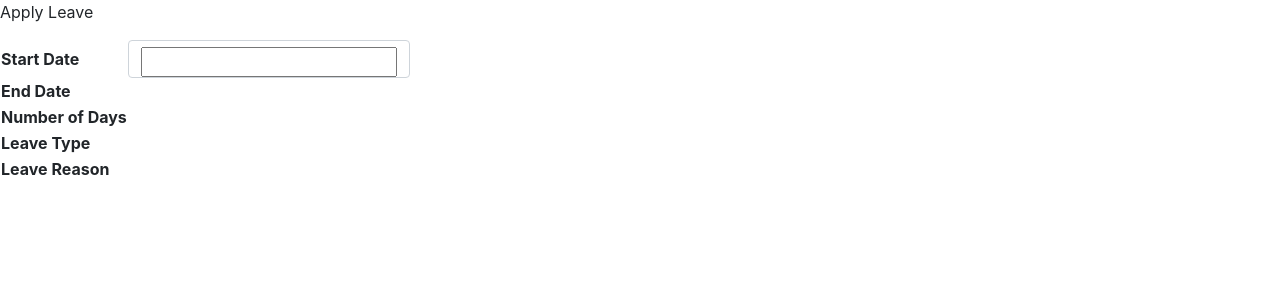
Repository: rkmr039/EMS_PROJECT
Page: http://localhost/EMS/ApplyLeaves.jsp
These files come from the project's save history. The page is drawn as it stood at one moment and after the next save; the edit follows.
The browser window is 1280 px wide. The pictures show the whole page.
The page is served by Tomcat 9. Other server files are loaded and not shown.

Above is the page before, as saved 2019-08-27 06:14:34.
Console error: TypeError: Cannot read properties of undefined (reading 'fn')

### EMS/WebContent/ApplyLeaves.jsp
<%@ page language="java" contentType="text/html; charset=ISO-8859-1"
    pageEncoding="ISO-8859-1"%>
<!DOCTYPE html PUBLIC "-//W3C//DTD HTML 4.01 Transitional//EN" "http://www.w3.org/TR/html4/loose.dtd">
<html>
<head>
<link rel="stylesheet" href="https://stackpath.bootstrapcdn.com/bootstrap/4.3.1/css/bootstrap.min.css" integrity="sha384-ggOyR0iXCbMQv3Xipma34MD+dH/1fQ784/j6cY/iJTQUOhcWr7x9JvoRxT2MZw1T" crossorigin="anonymous">
<script src="https://stackpath.bootstrapcdn.com/bootstrap/4.3.1/js/bootstrap.min.js" integrity="sha384-JjSmVgyd0p3pXB1rRibZUAYoIIy6OrQ6VrjIEaFf/nJGzIxFDsf4x0xIM+B07jRM" crossorigin="anonymous"></script>

<meta http-equiv="Content-Type" content="text/html; charset=ISO-8859-1">
<title>Apply leave | EMS</title>
</head>
<body>
	<p id="page">Apply Leave</p>
	<form class="form">
	<table>
		<tr>
			<th>Start Date</th>
			<td class="form-control date">
				<input type='text' name="startDate"  />

            </td>

		</tr>
		<tr>
			<th>End Date</th>
			<td></td>
		</tr>
		<tr>
			<th>Number of Days</th>
			<td></td>
		</tr>
		<tr>
			<th>Leave Type</th>
			<td></td>
		</tr>
		<tr>
			<th>Leave Reason</th>
			<td></td>
		</tr>
		<tr>
			<td></td>
			<td></td>
		</tr>
	</table>
	</form>

<script src="https://code.jquery.com/jquery-3.3.1.slim.min.js" integrity="sha384-q8i/X+965DzO0rT7abK41JStQIAqVgRVzpbzo5smXKp4YfRvH+8abtTE1Pi6jizo" crossorigin="anonymous"></script>
<script src="https://cdnjs.cloudflare.com/ajax/libs/popper.js/1.14.7/umd/popper.min.js" integrity="sha384-UO2eT0CpHqdSJQ6hJty5KVphtPhzWj9WO1clHTMGa3JDZwrnQq4sF86dIHNDz0W1" crossorigin="anonymous"></script>

</body>
</html>

After the next save:
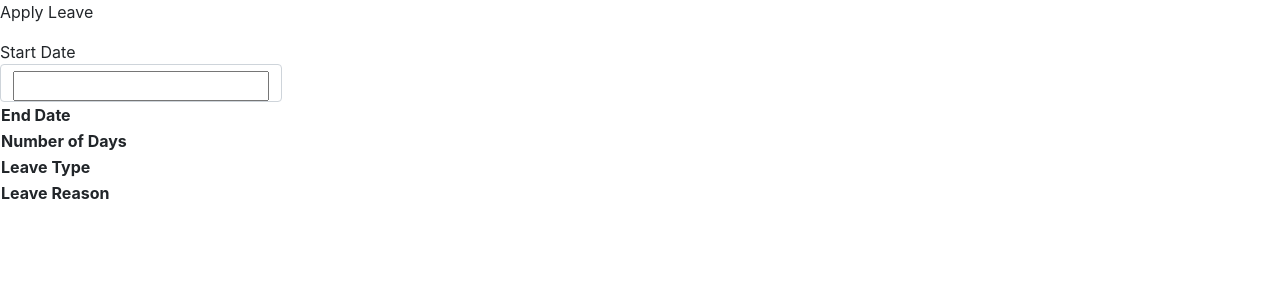
Saved 41 s later.
--- a/EMS/WebContent/ApplyLeaves.jsp
+++ b/EMS/WebContent/ApplyLeaves.jsp
@@ -11,10 +11,10 @@
 </head>
 <body>
 	<p id="page">Apply Leave</p>
-	<form class="form">
+	<form >
 	<table>
 		<tr>
-			<th>Start Date</th>
+			<thclass="form-group">Start Date</th>
 			<td class="form-control date">
 				<input type='text' name="startDate"  />
 

After the save that followed:
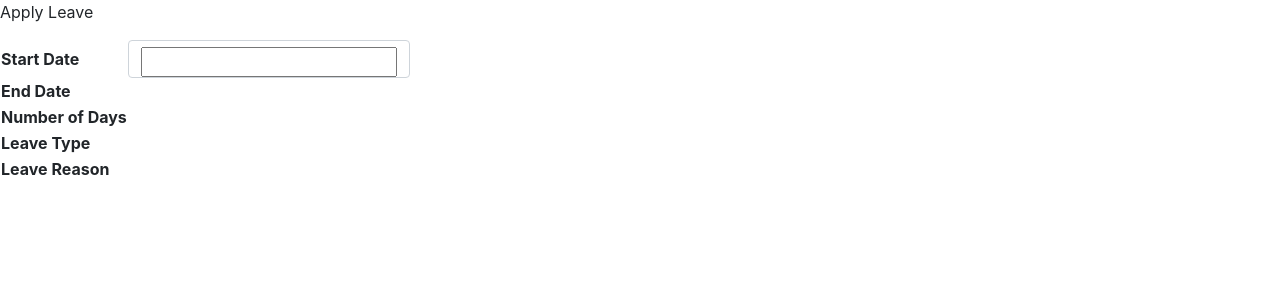
Saved 7 s later.
--- a/EMS/WebContent/ApplyLeaves.jsp
+++ b/EMS/WebContent/ApplyLeaves.jsp
@@ -14,7 +14,7 @@
 	<form >
 	<table>
 		<tr>
-			<thclass="form-group">Start Date</th>
+			<th class="form-group">Start Date</th>
 			<td class="form-control date">
 				<input type='text' name="startDate"  />
 
